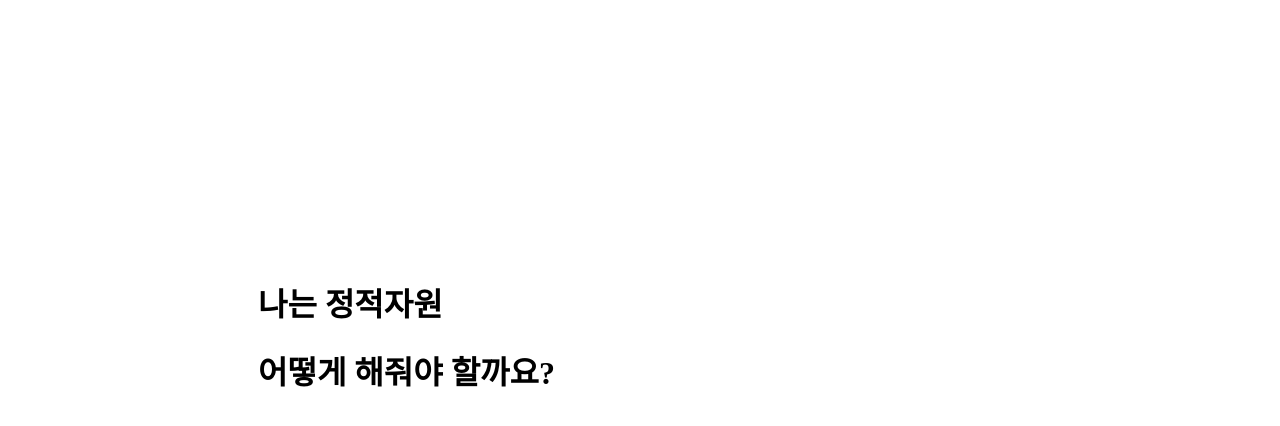
Repository: whgdkfk/web-workspace
Page: BurgerKingProject/src/main/webapp/static/Request_Page.html
The author's editor kept a copy of each file at every save. The page is drawn from the files as they stood at one save, then again after the next save.
The browser window is 1280 px wide. The pictures show the whole page.

Above is the page before, as saved 2025-03-07 08:36:40.

### BurgerKingProject/src/main/webapp/static/Request_Page.html
<!DOCTYPE html>
<html>
<head>
<meta charset="UTF-8">
<title>눌렀음</title>
<style>
	body {
		padding: 250px;
	}
</style>
</head>
<body>
	<h1>나는 정적자원</h1>

	<h1>어떻게 해줘야 할까요?</h1>

</body>
</html>

After the next save:
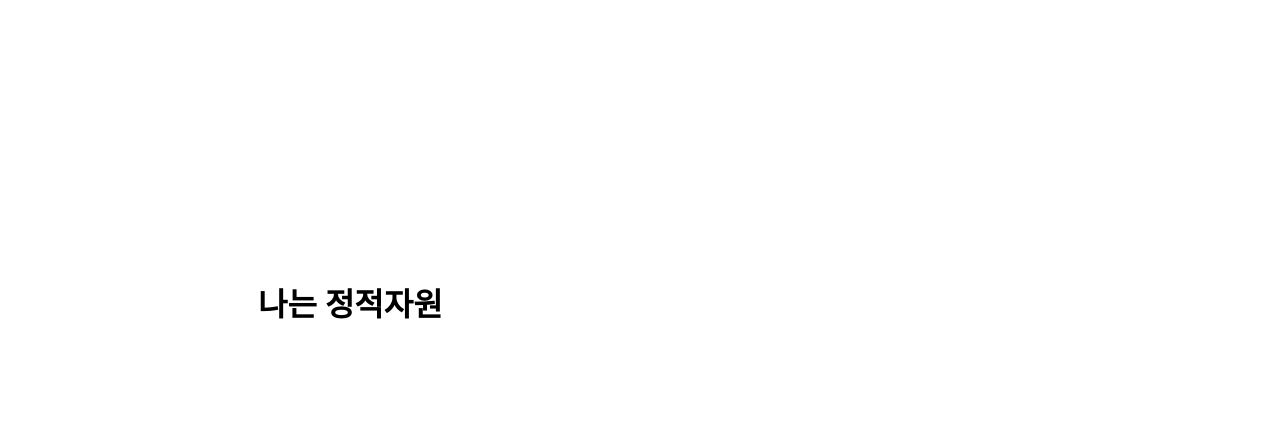
Saved 2 min 51 s later.
--- a/BurgerKingProject/src/main/webapp/static/Request_Page.html
+++ b/BurgerKingProject/src/main/webapp/static/Request_Page.html
@@ -12,7 +12,7 @@
 <body>
 	<h1>나는 정적자원</h1>
 
-	<h1>어떻게 해줘야 할까요?</h1>
+
 
 </body>
 </html>
